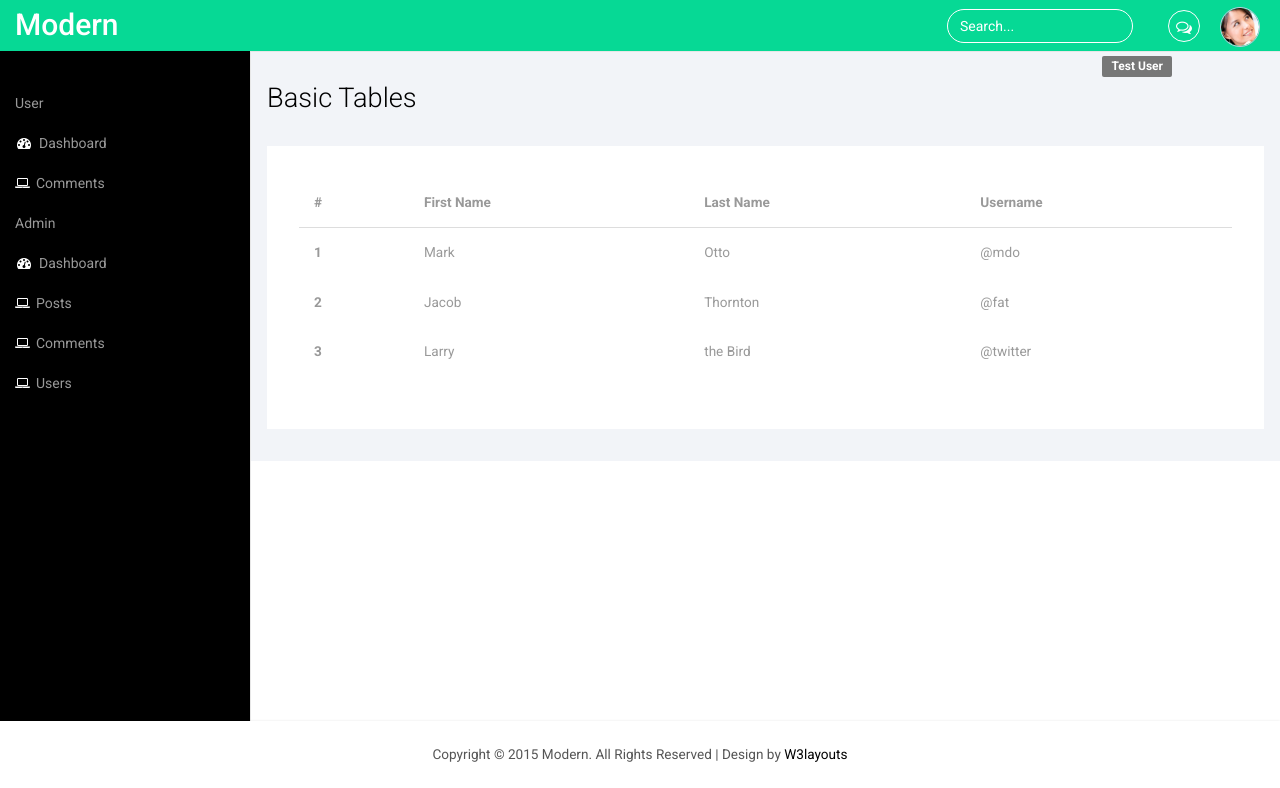
Repository: NomanMustafa/laravel-blog
Page: http://localhost/user/comments
The author's editor kept a copy of each file at every save. The page is drawn from the files as they stood at one save, then again after the next save.
The browser window is 1280 px wide. The pictures show the whole page.
The page is served by the project's Laravel application, run on PHP 8.4 with Laravel 8. A made-up administrator, Test User (test@example.com), is signed in. Other server files are loaded and not shown.

Above is the page before, as saved 2020-07-06 14:45:35.

### routes/web.php
<?php

use Illuminate\Support\Facades\Route;

/*
|--------------------------------------------------------------------------
| Web Routes
|--------------------------------------------------------------------------
|
| Here is where you can register web routes for your application. These
| routes are loaded by the RouteServiceProvider within a group which
| contains the "web" middleware group. Now create something great!
|
 */

// Route::get('/', function () {
//     return view('welcome');
// });
Route::get('/', 'PublicControler@index')->name('index');
Route::get('post/{post}', 'PublicControler@singlePost')->name('singlePost');
Route::get('/about', 'PublicControler@about')->name('about');
Route::get('/contect', 'PublicControler@contect')->name('contect');
Route::post('/contect', 'PublicControler@contectPost')->name('contectPost');

Auth::routes();
Route::get('/dashboard', 'HomeController@index')->name('dashboard');

Route::prefix('user')->group(function () {
    Route::get('dashboard', 'UserController@dashboard')->name('userDashboard');
    Route::get('comments', 'UserController@comments')->name('userComments');
    Route::get('profile', 'UserController@profile')->name('userProfile');
    Route::post('profile', 'UserController@profilePost')->name('userProfilePost');
});

Route::prefix('author')->group(function () {
    Route::get('dashboard', 'AuthorController@dashboard')->name('authorDashboard');
    Route::get('posts', 'AuthorController@posts')->name('authorPosts');
    Route::get('comments', 'AuthorController@comments')->name('authorComments');
});

Route::prefix('admin')->group(function () {
    Route::get('/dashboard', 'AdminController@dashboard')->name('adminDashboard');
    Route::get('/posts', 'AdminController@posts')->name('adminPosts');
    Route::get('/comments', 'AdminController@comments')->name('adminComments');
    Route::get('/users', 'AdminController@users')->name('adminUsers');
});

### app/User.php
<?php

namespace App;

use Illuminate\Foundation\Auth\User as Authenticatable;
use Illuminate\Notifications\Notifiable;

class User extends Authenticatable
{
    use Notifiable;

    /**
     * The attributes that are mass assignable.
     *
     * @var array
     */
    protected $fillable = [
        'name', 'email', 'password',
    ];

    /**
     * The attributes that should be hidden for arrays.
     *
     * @var array
     */
    protected $hidden = [
        'password', 'remember_token',
    ];

    /**
     * The attributes that should be cast to native types.
     *
     * @var array
     */
    protected $casts = [
        'email_verified_at' => 'datetime',
    ];
    public function comments()
    {
        return $this->hasMany('App\Comment');

    }
}

### app/Http/Controllers/UserController.php
<?php

namespace App\Http\Controllers;

use Illuminate\Http\Request;
use App\Http\Requests\UpdateUser;
use Illuminate\Support\Facades\Auth;

class UserController extends Controller
{
    public function dashboard()
    {
        return view('user.dashboard');
    }

    public function comments()
    {
        return view('user.comments');
    }
    public function profile()
    {
        return view('user.profile');
    }
    public function profilePost(UpdateUser $request)
    {
        $user= Auth::user();
        $user->name = $request['name'];
        $user->email = $request['email'];
        $user->save();

        return back();

        dd($request->all());
    }

}

### resources/views/user/comments.blade.php
@extends('layouts.admin')

@section('content')
<div class="xs">
  	 <h3>Basic Tables</h3>

   <div class="panel-body1">
   <table class="table">
     <thead>
        <tr>
          <th>#</th>
          <th>First Name</th>
          <th>Last Name</th>
          <th>Username</th>
        </tr>
      </thead>
      <tbody>
        <tr>
          <th scope="row">1</th>
          <td>Mark</td>
          <td>Otto</td>
          <td>@mdo</td>
        </tr>
        <tr>
          <th scope="row">2</th>
          <td>Jacob</td>
          <td>Thornton</td>
          <td>@fat</td>
        </tr>
        <tr>
          <th scope="row">3</th>
          <td>Larry</td>
          <td>the Bird</td>
          <td>@twitter</td>
        </tr>
      </tbody>
    </table>
    </div>

  </div>
  </div>
@endsection

### resources/views/layouts/admin.blade.php
<!--
Author: W3layouts
Author URL: http://w3layouts.com
License: Creative Commons Attribution 3.0 Unported
License URL: http://creativecommons.org/licenses/by/3.0/
-->
<!DOCTYPE HTML>
<html>
<head>
<title>@yield('title', 'Laravel Blog Dashboard')</title>
<meta name="viewport" content="width=device-width, initial-scale=1">
<meta http-equiv="Content-Type" content="text/html; charset=utf-8" />
<meta name="keywords" content="Modern Responsive web template, Bootstrap Web Templates, Flat Web Templates, Andriod Compatible web template,
Smartphone Compatible web template, free webdesigns for Nokia, Samsung, LG, SonyErricsson, Motorola web design" />
<script type="application/x-javascript"> addEventListener("load", function() { setTimeout(hideURLbar, 0); }, false); function hideURLbar(){ window.scrollTo(0,1); } </script>
 <!-- Bootstrap Core CSS -->
<link href="{{ asset('admin/assets/css/bootstrap.min.css') }}" rel='stylesheet' type='text/css' />
<!-- Custom CSS -->
<link href="{{ asset('admin/assets/css/style.css') }}" rel='stylesheet' type='text/css' />
<!-- Graph CSS -->
<link href="{{ asset('admin/assets/css/lines.css') }}" rel='stylesheet' type='text/css' />
<link href="{{ asset('admin/assets/css/font-awesome.css') }}" rel="stylesheet">
<!-- jQuery -->
<script src="{{ asset('admin/assets/js/jquery.min.js') }}"></script>
<!----webfonts--->
<link href='http://fonts.googleapis.com/css?family=Roboto:400,100,300,500,700,900' rel='stylesheet' type='text/css'>
<!---//webfonts--->
<!-- Nav CSS -->
<link href="{{ asset('admin/assets/css/custom.css') }}" rel="stylesheet">
<!-- Metis Menu Plugin JavaScript -->
<script src="{{ asset('admin/assets/js/metisMenu.min.js') }}"></script>
<script src="{{ asset('admin/assets/js/custom.js') }}"></script>
<!-- Graph JavaScript -->
<script src="{{ asset('admin/assets/js/d3.v3.js') }}"></script>
<script src="{{ asset('admin/assets/js/rickshaw.js') }}"></script>
</head>
<body>
<div id="wrapper">
     <!-- Navigation -->

            @include('includes.admin.headerNavigation')
            @include('includes.admin.sideBar')
    <div id="page-wrapper">
        <div class="graphs">
@yield('content')
</div>
</div>

	      <!-- map -->
<link href="{{ asset('admin/assets/css/jqvmap.css') }}" rel='stylesheet' type='text/css' />
<script src="{{ asset('admin/assets/js/jquery.vmap.js') }}"></script>
<script src="{{ asset('admin/assets/js/jquery.vmap.sampledata.js') }}" type="text/javascript"></script>
<script src="{{ asset('admin/assets/js/jquery.vmap.world.js') }}" type="text/javascript"></script>
<script type="text/javascript">
	jQuery(document).ready(function() {
		jQuery('#vmap').vectorMap({
		    map: 'world_en',
		    backgroundColor: '#333333',
		    color: '#ffffff',
		    hoverOpacity: 0.7,
		    selectedColor: '#666666',
		    enableZoom: true,
		    showTooltip: true,
		    values: sample_data,
		    scaleColors: ['#C8EEFF', '#006491'],
		    normalizeFunction: 'polynomial'
		});
	});
</script>
<!-- //map -->
       </div>
       <div class="clearfix"> </div>
    </div>




		<div class="copy">
            <p>Copyright &copy; 2015 Modern. All Rights Reserved | Design by <a href="http://w3layouts.com/" target="_blank">W3layouts</a> </p>
	    </div>

      <!-- /#page-wrapper -->
 </div>
    <!-- /#wrapper -->
    <!-- Bootstrap Core JavaScript -->
    <script src="{{ asset('admin/assets/js/bootstrap.min.js') }}"></script>
    <link href="{{ asset('admin/assets/css/custom.css') }}" rel="stylesheet">
<!-- Metis Menu Plugin JavaScript -->
<script src="{{ asset('admin/assets/js/metisMenu.min.js') }}"></script>
<script src="{{ asset('admin/assets/js/custom.js') }}"></script>
</body>
</html>

### resources/views/includes/admin/headerNavigation.blade.php
  <nav class="top1 navbar navbar-default navbar-static-top" role="navigation" style="margin-bottom: 0">
<div class="navbar-header">
     <button type="button" class="navbar-toggle" data-toggle="collapse" data-target=".navbar-collapse">
         <span class="sr-only">Toggle navigation</span>
         <span class="icon-bar"></span>
         <span class="icon-bar"></span>
         <span class="icon-bar"></span>
     </button>
     <a class="navbar-brand" href="index.html">Modern</a>
 </div>
 <!-- /.navbar-header -->
 <ul class="nav navbar-nav navbar-right">
     <li class="dropdown">
         <a href="#" class="dropdown-toggle" data-toggle="dropdown" aria-expanded="false"><i class="fa fa-comments-o"></i></a> <span class="badge">{{ Auth::user()->name }}</span>

     <li class="dropdown">
         <a href="#" class="dropdown-toggle avatar" data-toggle="dropdown"><img src="{{ asset('admin/assets/images/1.png') }}"></a>
         <ul class="dropdown-menu">

             <form id="logout-form" method="post" action="{{ route('logout') }}"> @csrf </form>
             <li class="m_2"><a href="#" onclick="document.getElementById('logout-form').submit();"><i class="fa fa-lock"></i> Logout</a></li>
         </ul>
     </li>
 </ul>
 <form class="navbar-form navbar-right">
     <input type="text" class="form-control" value="Search..." onfocus="this.value = '';" onblur="if (this.value == '') {this.value = 'Search...';}">
 </form>

### resources/views/includes/admin/sideBar.blade.php
<div class="navbar-default sidebar" role="navigation">
    <div class="sidebar-nav navbar-collapse">
        <ul class="nav" id="side-menu">
            <li><a>User</a> </li>
            <li>
                <a href="{{ route('userDashboard') }}"><i class="fa fa-dashboard fa-fw nav_icon {{ Route::currentRouteName()== 'userDashboard' ? 'active': ''}}"></i>Dashboard</a>
            </li>
            <li>
                <a href="{{ route('userComments') }}"><i class="fa fa-laptop nav_icon {{ Route::currentRouteName()== 'userComments' ? 'active': ''}}" ></i>Comments</a>

                <!-- /.nav-second-level -->
            </li>
            @if(Auth::user()->author==true)
            <li> <a>Author</a> </li>
            <li>
                <a href="{{ route('authorDashboard') }}"><i class="fa fa-dashboard fa-fw nav_icon {{ Route::currentRouteName()== 'authorDashboard' ? 'active': ''}}"></i>Dashboard</a>
            </li>
            <li>
                <a href="{{ route('authorPosts') }}"><i class="fa fa-laptop nav_icon {{ Route::currentRouteName()== 'authorPosts' ? 'active': ''}}"></i>Posts</a>

                <!-- /.nav-second-level -->
            </li>
            <li>
                <a href="{{ route('authorComments') }}"><i class="fa fa-laptop nav_icon {{ Route::currentRouteName()== 'authorComments' ? 'active': ''}}"></i>Comments</a>

                <!-- /.nav-second-level -->
            </li>
            @endif
            @if(Auth::user()->admin==true)
            <li><a>Admin</a></li>
            <li>
                <a href="{{ route('adminDashboard') }}"><i class="fa fa-dashboard fa-fw nav_icon {{ Route::currentRouteName()== 'adminDashboard' ? 'active': ''}}"></i>Dashboard</a>
            </li>
            <li>
                <a href="{{ route('adminPosts') }}"><i class="fa fa-laptop nav_icon {{ Route::currentRouteName()== 'adminPosts' ? 'active': ''}}"></i>Posts</a>

                <!-- /.nav-second-level -->
            </li>
            <li>
                <a href="{{ route('adminComments') }}"><i class="fa fa-laptop nav_icon {{ Route::currentRouteName()== 'adminComments' ? 'active': ''}}"></i>Comments</a>

                <!-- /.nav-second-level -->
            </li>
            <li>
                <a href="{{ route('adminUsers') }}"><i class="fa fa-laptop nav_icon {{ Route::currentRouteName()== 'adminUsers' ? 'active': ''}}"></i>Users</a>

                <!-- /.nav-second-level -->
            </li>

            @endif

        </ul>
    </div>
    <!-- /.sidebar-collapse -->
</div>
<!-- /.navbar-static-side -->
  </nav>

### public/admin/assets/css/lines.css

.rickshaw_graph .detail {
	pointer-events: none;
	position: absolute;
	top: 0;
	z-index: 2;
	background: rgba(0, 0, 0, 0.1);
	bottom: 0;
	width: 1px;
	transition: opacity 0.25s linear;
	-moz-transition: opacity 0.25s linear;
	-o-transition: opacity 0.25s linear;
	-webkit-transition: opacity 0.25s linear;
}
.rickshaw_graph .detail.inactive {
	opacity: 0;
}
.rickshaw_graph .detail .item.active {
	opacity: 1;
}
.rickshaw_graph .detail .x_label {
	font-family: Arial, sans-serif;
	border-radius: 3px;
	padding: 6px;
	opacity: 0.5;
	border: 1px solid #e0e0e0;
	font-size: 12px;
	position: absolute;
	background: white;
	white-space: nowrap;
}
.rickshaw_graph .detail .x_label.left {
	left: 0;
}
.rickshaw_graph .detail .x_label.right {
	right: 0;
}
.rickshaw_graph .detail .item {
	position: absolute;
	z-index: 2;
	border-radius: 3px;

	font-size: 12px;
	font-family: Arial, sans-serif;
	opacity: 0;
	background: rgba(0, 0, 0, 0.4);
	color: white;
	border: 1px solid rgba(0, 0, 0, 0.4);
	margin-left: 1em;
	margin-right: 1em;
	margin-top: -1em;
	white-space: nowrap;
}
.rickshaw_graph .detail .item.left {
	left: 0;
}
.rickshaw_graph .detail .item.right {
	right: 0;
}
.rickshaw_graph .detail .item.active {
	opacity: 1;
	background: rgba(0, 0, 0, 0.8);
}
.rickshaw_graph .detail .item:after {
	position: absolute;
	display: block;
	width: 0;
	height: 0;

	content: "";

	border: 5px solid transparent;
}
.rickshaw_graph .detail .item.left:after {
	top: 1em;
	left: -5px;
	margin-top: -5px;
	border-right-color: rgba(0, 0, 0, 0.8);
	border-left-width: 0;
}
.rickshaw_graph .detail .item.right:after {
	top: 1em;
	right: -5px;
	margin-top: -5px;
	border-left-color: rgba(0, 0, 0, 0.8);
	border-right-width: 0;
}
.rickshaw_graph .detail .dot {
	width: 4px;
	height: 4px;
	margin-left: -3px;
	margin-top: -3.5px;
	border-radius: 5px;
	position: absolute;
	box-shadow: 0 0 2px rgba(0, 0, 0, 0.6);
	box-sizing: content-box;
	-moz-box-sizing: content-box;
	background: white;
	border-width: 2px;
	border-style: solid;
	display: none;
	background-clip: padding-box;
}
.rickshaw_graph .detail .dot.active {
	display: block;
}
/* graph */
#chart {
  width: 649px !important;
  height: 400px !important;
  background-color: #fff;
}
.rickshaw_graph {
	position: relative;
}
.rickshaw_graph svg {
  display: block;
  overflow: hidden;
}
@media (max-width:1366px){
#chart {
  width:533px !important;
}
}
@media (max-width:1280px){
#chart {
  width:483px !important;
}
canvas#doughnut, canvas#line, canvas#polarArea, #bar, #pie, #radar {
  width: 308px !important;
  height: 220px !important;
}
}
@media (max-width:1024px){
#chart {
  width:360px !important;
  height:300px !important;
}
}
@media (max-width:768px){
#chart {
  width:468px !important;
  height: 300px !important;
}
}
@media (max-width:736px){
#chart {
  width:685px !important;
  height: 300px !important;
}
}
@media (max-width:640px){
#chart {
  width:580px !important;
  height:250px !important;
}
}
@media (max-width:540px){
#chart {
  width:464px !important;
  height:250px !important;
}
}
@media (max-width:480px){
#chart {
  width:447px !important;
  height:250px !important;
}
}
@media (max-width:320px){
#chart {
  width:298px !important;
  height:250px !important;
}
.copy {
  padding: 10px;
}
.copy p{
  font-size:13px;
}
.btn-group-lg>.btn, .btn-lg {
  padding: 6px 7px;
  font-size: 16px;
}
.label {
  font-size: 56%;
}
.pagination-lg>li>a, .pagination-lg>li>span {
  padding: 8px 13px;
  font-size: 15px;
}
.nav>li>a {
  padding: 7px 8px;
}
.modal-dialog {
  width: 245px !important;
}
}

### public/admin/assets/css/custom.css
#wrapper {
    width: 100%;
}
#page-wrapper {
    /*--padding: 0 15px;--*/
    min-height: 568px;
    background-color: #fff;
}

@media(min-width:768px) {
    #page-wrapper {
        position: inherit;
        margin: 0 0 0 250px;
        /*--padding: 0 30px;--*/
        border-left: 1px solid #e7e7e7;
    }
}

.navbar-top-links {
    margin-right: 0;
}

.navbar-top-links li {
    display: inline-block;
}

.navbar-top-links li:last-child {
    margin-right: 15px;
}

.navbar-top-links li a {
    padding: 15px;
    min-height: 50px;
}

.navbar-top-links .dropdown-menu li {
    display: block;
}

.navbar-top-links .dropdown-menu li:last-child {
    margin-right: 0;
}

.navbar-top-links .dropdown-menu li a {
    padding: 3px 20px;
    min-height: 0;
}

.navbar-top-links .dropdown-menu li a div {
    white-space: normal;
}

.navbar-top-links .dropdown-messages,
.navbar-top-links .dropdown-tasks,
.navbar-top-links .dropdown-alerts {
    width: 310px;
    min-width: 0;
}
.navbar-top-links .dropdown-messages {
    margin-left: 5px;
}
.navbar-top-links .dropdown-tasks {
    margin-left: -59px;
}

.navbar-top-links .dropdown-alerts {
    margin-left: -123px;
}

.navbar-top-links .dropdown-user {
    right: 0;
    left: auto;
}

.sidebar .sidebar-nav.navbar-collapse {
    padding-right: 0;
    padding-left: 0;
}

.sidebar .sidebar-search {
    padding: 15px;
}
.sidebar .arrow {
    float: right;
}

.sidebar .fa.arrow:before {
    content: "\f104";
}

.sidebar .active>a>.fa.arrow:before {
    content: "\f107";
}

.sidebar .nav-second-level li,
.sidebar .nav-third-level li {
    border-bottom: 0!important;
}

.sidebar .nav-second-level li a {
    padding-left: 37px;
}

.sidebar .nav-third-level li a {
    padding-left: 52px;
}

@media(min-width:768px) {
    .sidebar {
        z-index: 1;
        position: absolute;
        width: 250px;
        margin-top: 51px;
    }

    .navbar-top-links .dropdown-messages,
    .navbar-top-links .dropdown-tasks,
    .navbar-top-links .dropdown-alerts {
        margin-left: auto;
    }
}

### public/admin/assets/css/jqvmap.css
/*!
 * jQVMap Version 1.0
 *
 * http://jqvmap.com
 *
 * Copyright 2012, Peter Schmalfeldt <manifestinteractive@gmail.com>
 * Licensed under the MIT license.
 *
 * Fork Me @ https://github.com/manifestinteractive/jqvmap
 */
.jqvmap-label
{
	position: absolute;
	display: none;
	-webkit-border-radius: 3px;
	-moz-border-radius: 3px;
	border-radius: 3px;
	background: #292929;
	color: white;
	font-family: sans-serif, Verdana;
	font-size: smaller;
	padding: 3px;
}
.jqvmap-zoomin, .jqvmap-zoomout
{
  position: absolute;
  left: 10px;
  -webkit-border-radius: 3px;
  -moz-border-radius: 3px;
  border-radius: 3px;
  background: #000000;
  padding: 1px;
  color: white;
  width: 10px;
  height: 10px;
  cursor: pointer;
  line-height: 9px;
  text-align: center;
}
.jqvmap-zoomin
{
	top: 10px;
}
.jqvmap-zoomout
{
	top: 30px;
}
.jqvmap-region
{
  cursor: pointer;
}
.jqvmap-ajax_response
{
  width: 100%;
  height: 500px;
}

Loaded but not shown: app/Providers/AppServiceProvider.php (common file); app/Http/Controllers/Auth/LoginController.php (common file); app/Http/Controllers/Controller.php (common file); app/Http/Controllers/Auth/ConfirmPasswordController.php (common file); public/admin/assets/css/bootstrap.min.css (library); public/admin/assets/css/font-awesome.css (library); public/admin/assets/js/jquery.min.js (library); public/admin/assets/js/metisMenu.min.js (common file); public/admin/assets/js/d3.v3.js (library); public/admin/assets/js/jquery.vmap.js (library); public/admin/assets/js/jquery.vmap.sampledata.js (common file); public/admin/assets/js/jquery.vmap.world.js (library); public/admin/assets/js/bootstrap.min.js (library); public/admin/assets/js/rickshaw.js (3908 lines, source omitted); public/admin/assets/js/custom.js (36 lines, source omitted); public/admin/assets/css/style.css (2713 lines, source omitted)

After the next save:
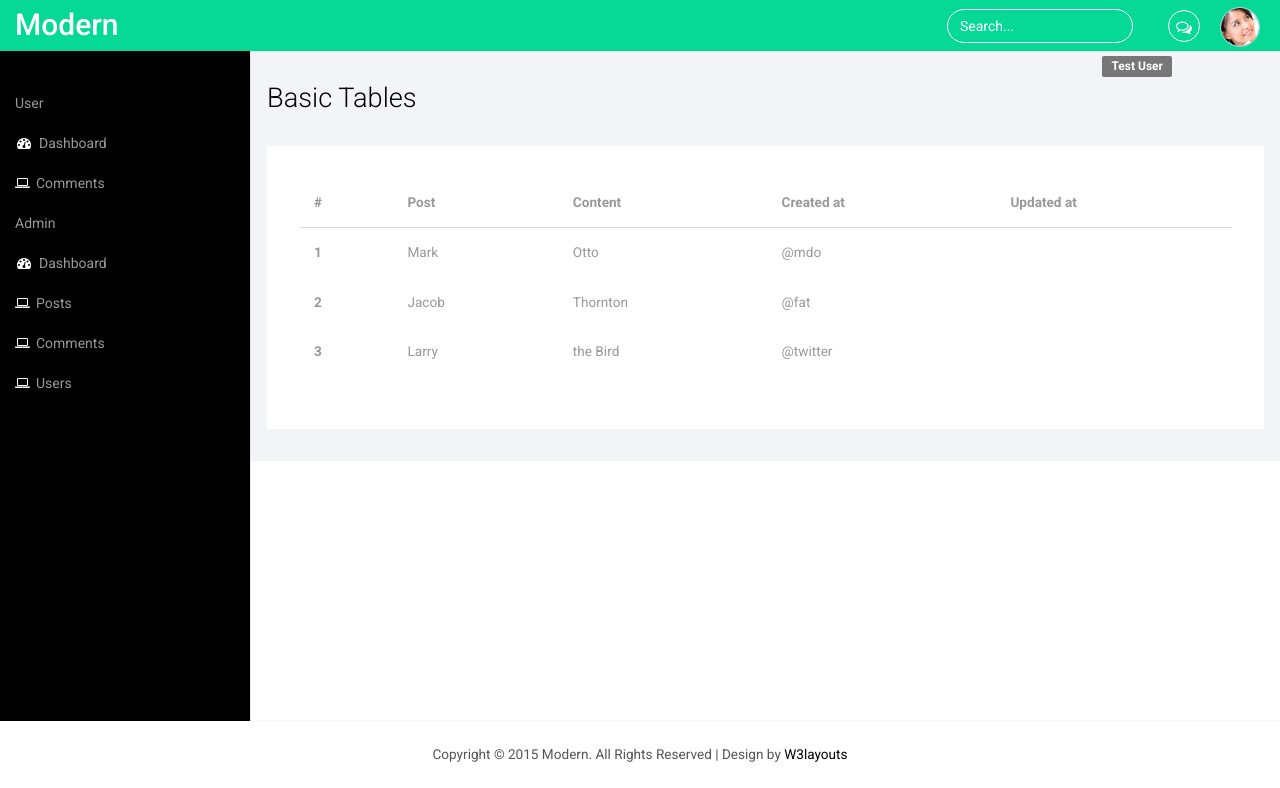
Saved 3 min 41 s later.
--- a/resources/views/user/comments.blade.php
+++ b/resources/views/user/comments.blade.php
@@ -9,9 +9,10 @@
      <thead>
         <tr>
           <th>#</th>
-          <th>First Name</th>
-          <th>Last Name</th>
-          <th>Username</th>
+          <th>Post</th>
+          <th>Content</th>
+          <th>Created at</th>
+          <th>Updated at</th>
         </tr>
       </thead>
       <tbody>
